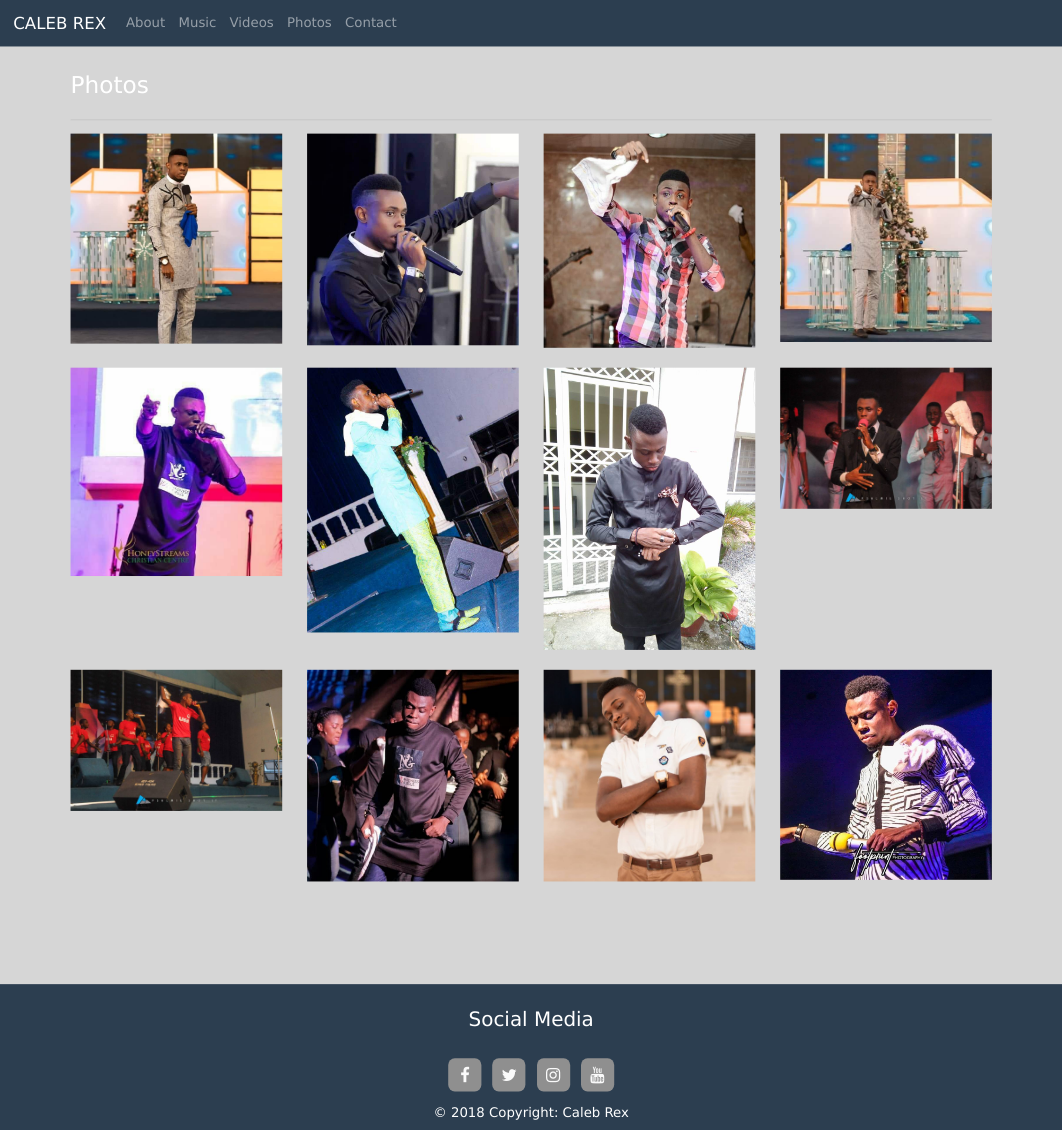
Repository: IchaTreasure/caleb-rex
Page: photos.html
The author's editor kept a record of every edit. The page is drawn from the files as they stood at one moment, then again after the next edit.
The browser window is 1280 px wide. The pictures show the whole page, at 83% of full size.
Some web libraries are served in a nearby version.

Above is the page before.

After the next edit:
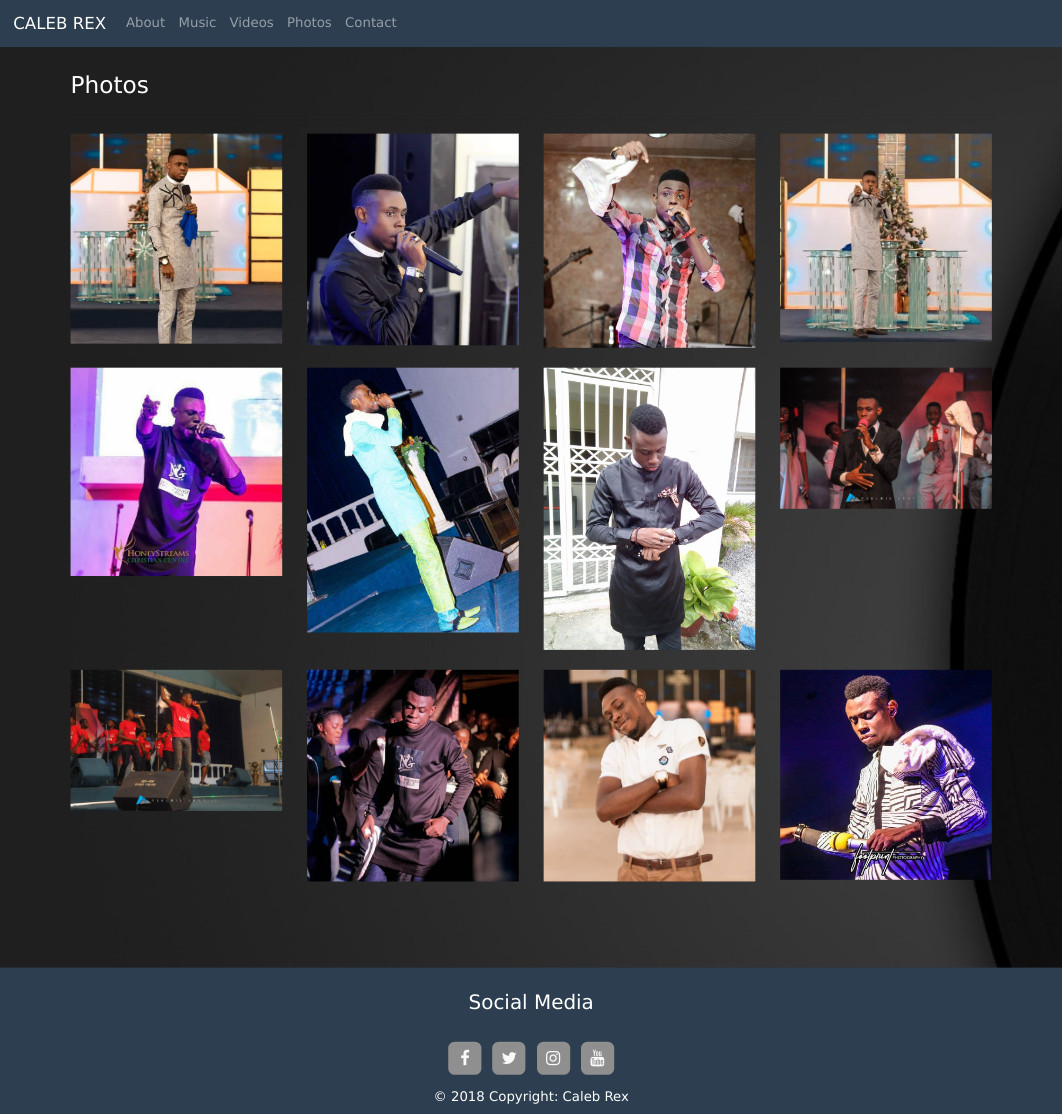
The edit:
--- a/photos.html
+++ b/photos.html
@@ -44,8 +44,8 @@
         </div>
     </nav>
 
-    <!-- Photo section -->
-    <section style="background-color: #D6D6D6; padding-bottom: 100px;">
+    <!-- Photo section style="background-color: #D6D6D6; padding-bottom: 100px;" -->
+    <section style="background-color: #bc3636; background-image: url('images/photos-page.png'); Width: 100%; padding-bottom: 80px;">
         <div class="container" Style="padding-top: 30px">
             <div class="row">
                 <h3 style="padding-left: 15px">Photos</h3>
